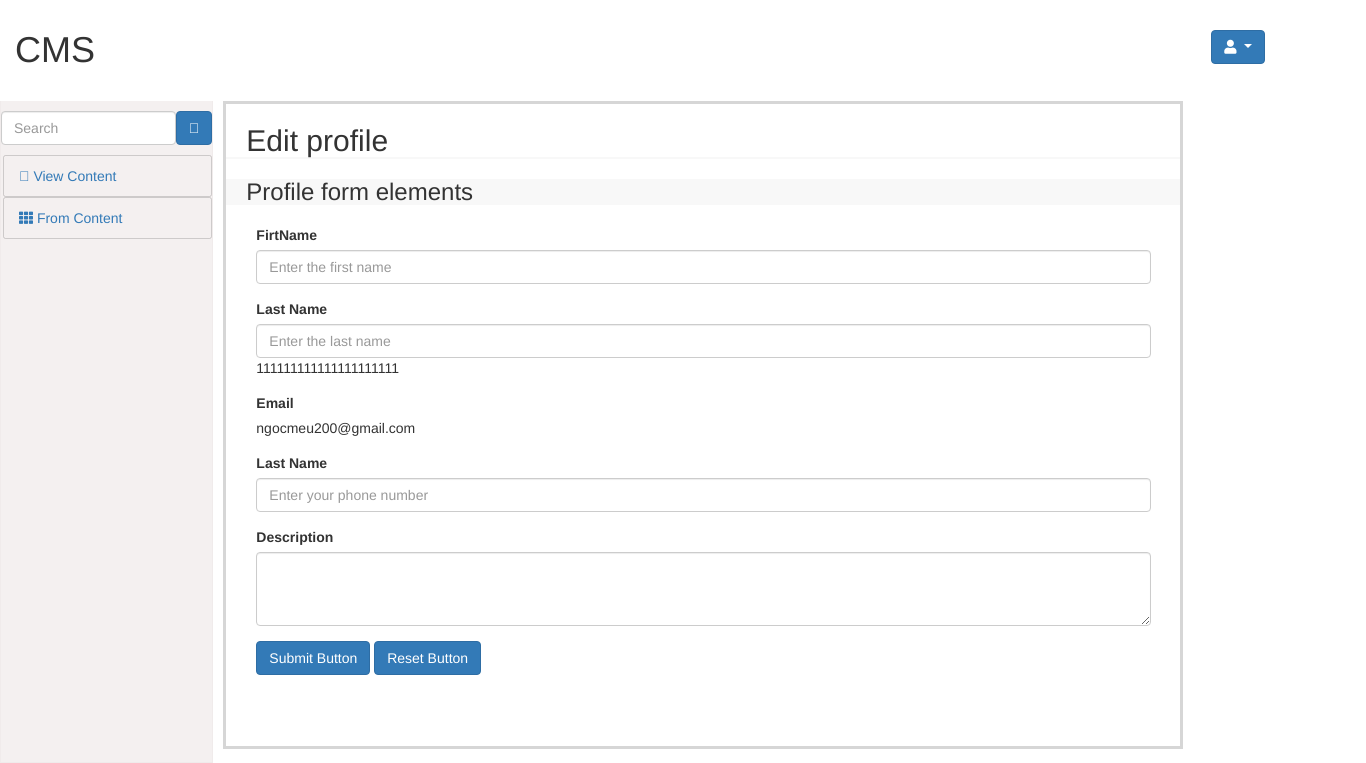
Repository: NgocNB20/travel
Page: NgocNb20_assigment8_9/edit.html
An editor plug-in stored every save of this project. The page is shown before and after the next save, followed by the edit.
The browser window is 1280 px wide. The page is 1366 px wide, so the pictures cover 1366 px, including what lies to the right of the window. The pictures show the whole page.
Some web libraries are served in a nearby version.

Above is the page before, as saved 2021-10-06 14:47:00.

After the next save:
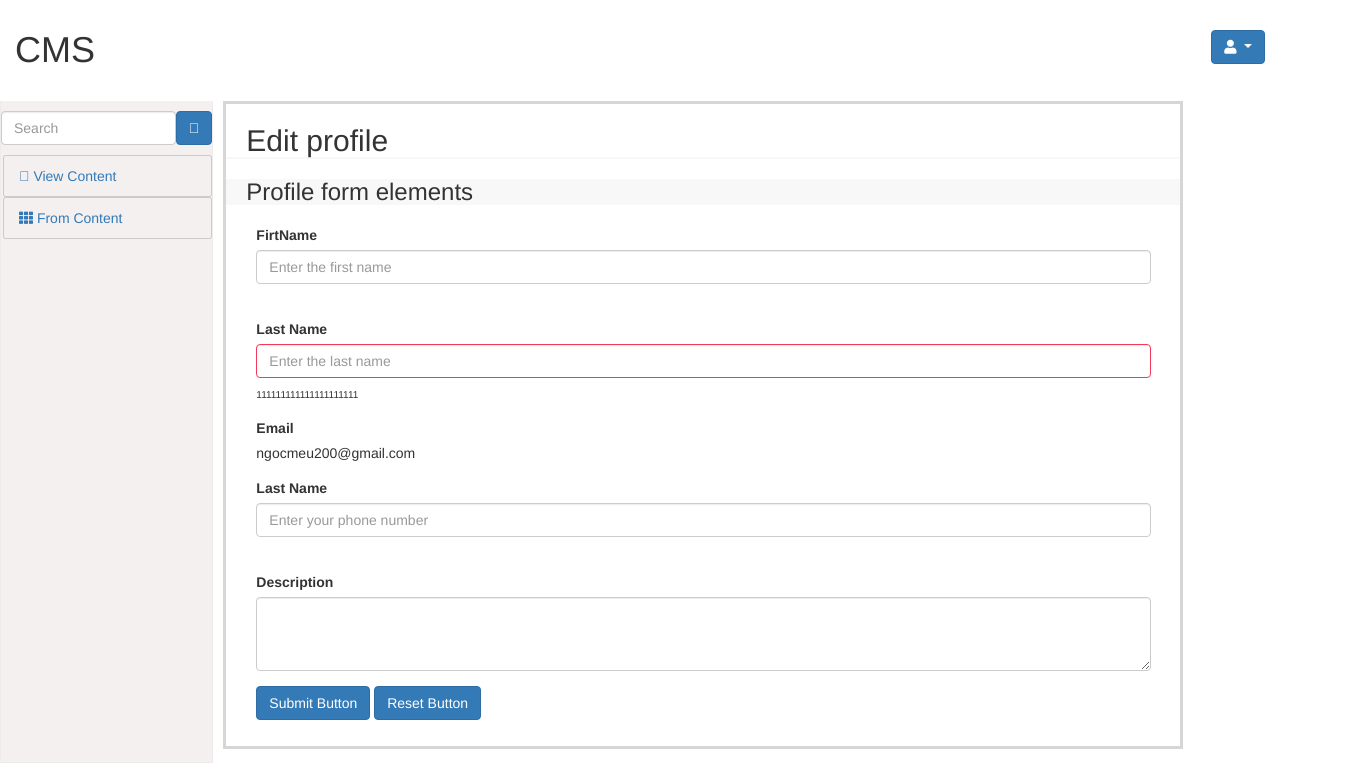
Saved 48 s later.
--- a/NgocNb20_assigment8_9/edit.html
+++ b/NgocNb20_assigment8_9/edit.html
@@ -10,6 +10,7 @@
   <link rel="stylesheet" href="https://pro.fontawesome.com/releases/v5.10.0/css/all.css"
     integrity="sha384-AYmEC3Yw5cVb3ZcuHtOA93w35dYTsvhLPVnYs9eStHfGJvOvKxVfELGroGkvsg+p" crossorigin="anonymous" />
   <link rel="stylesheet" href="./add.css">
+  <link rel="stylesheet" href="./edit.css">
   <script src="https://ajax.googleapis.com/ajax/libs/jquery/3.4.1/jquery.min.js"></script>
   <script src="https://maxcdn.bootstrapcdn.com/bootstrap/3.4.1/js/bootstrap.min.js"></script>
 </head>
@@ -83,7 +84,7 @@
                   </div>
                   <div class="form-group ">
                     <label for="exampleFormControlInput1" class="form-desc">Last Name</label>
-                    <input type="text" class="form-control invalid  " id="exampleFormControlInput1"
+                    <input type="text" class="form-control invalid " id="exampleFormControlInput1"
                       placeholder="Enter the last name">
                       <span class="form-message">111111111111111111111</span>
                   </div>
